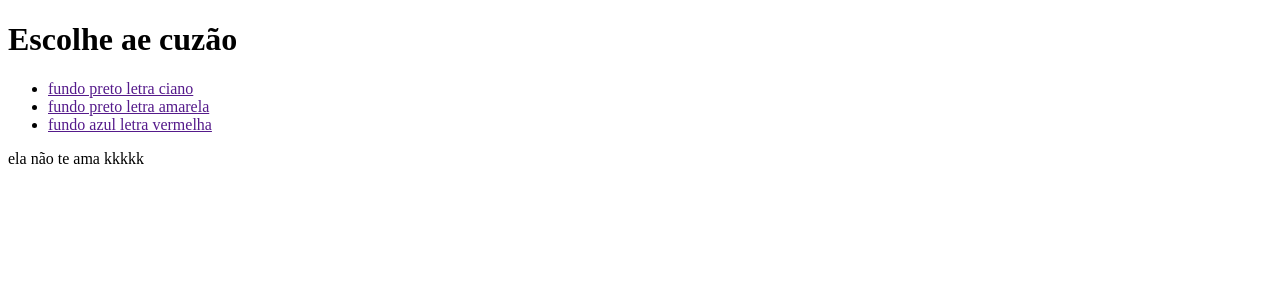
Repository: Leonngc/html-css
Page: ex024/otarios.html
These files come from the project's save history. The page is drawn as it stood at one moment and after the next save; the edit follows.
The browser window is 1280 px wide. The pictures show the whole page.

Above is the page before, as saved 2022-11-15 18:41:17.

### ex024/otarios.html
<!DOCTYPE html>
<html lang="pt-br">
<head>
    <meta charset="UTF-8">
    <meta http-equiv="X-UA-Compatible" content="IE=edge">
    <meta name="viewport" content="width=device-width, initial-scale=1.0">
    <title>Iframes</title>
</head>
<body>
    <h1>Escolhe ae cuzão</h1>
    <ul>
        <li><a href="">fundo preto letra ciano</a></li>
        <li><a href="">fundo preto letra amarela</a></li>
        <li><a href="">fundo azul letra vermelha</a></li>
    </ul>

    <p>ela não te ama kkkkk</p>
</body>
</html>

After the next save:
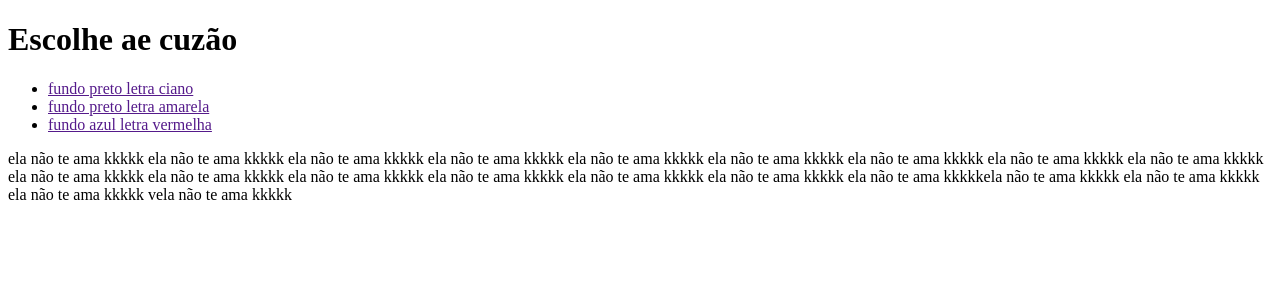
Saved 25 s later.
--- a/ex024/otarios.html
+++ b/ex024/otarios.html
@@ -14,6 +14,6 @@
         <li><a href="">fundo azul letra vermelha</a></li>
     </ul>
 
-    <p>ela não te ama kkkkk</p>
+    <p>ela não te ama kkkkk ela não te ama kkkkk ela não te ama kkkkk ela não te ama kkkkk ela não te ama kkkkk ela não te ama kkkkk ela não te ama kkkkk ela não te ama kkkkk ela não te ama kkkkk ela não te ama kkkkk ela não te ama kkkkk ela não te ama kkkkk ela não te ama kkkkk ela não te ama kkkkk ela não te ama kkkkk ela não te ama kkkkkela não te ama kkkkk ela não te ama kkkkk ela não te ama kkkkk vela não te ama kkkkk</p>
 </body>
 </html>
